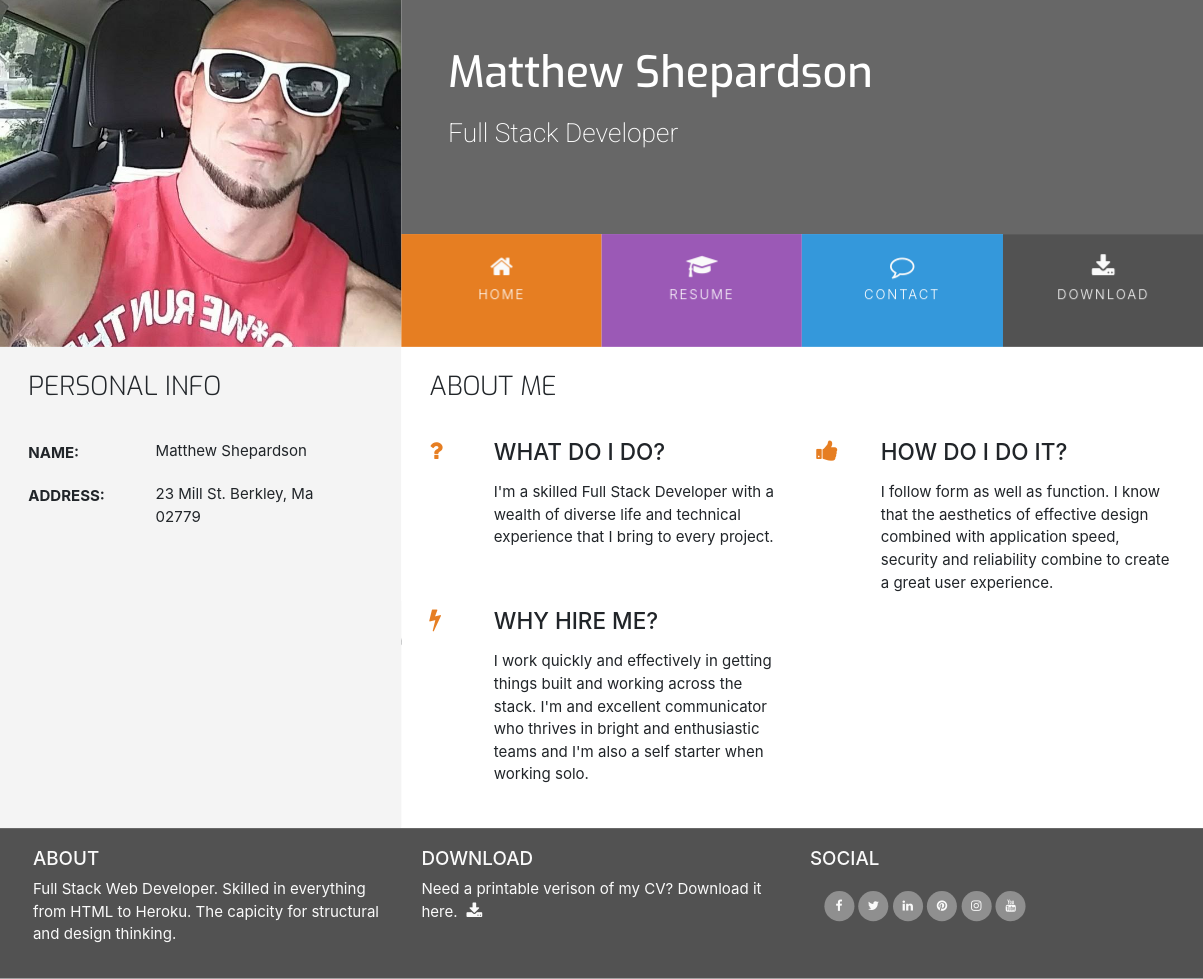
Repository: mshep6517/resume-project
Page: index.html
The author's editor kept a record of every edit. The page is drawn from the files as they stood at one moment, then again after the next edit.
The browser window is 1280 px wide. The pictures show the whole page, at 94% of full size.
Some web libraries are served in a nearby version.

Above is the page before.

### index.html
<!DOCTYPE html>
<html lang="en">

<head>
    <meta charset="UTF-8">
    <meta name="viewport" content="width=device-width, initial-scale=1.0">
    <meta http-equiv="X-UA-Compatible" content="ie=edge">
    <link rel="stylesheet" href="https://maxcdn.bootstrapcdn.com/bootstrap/4.2.1/css/bootstrap.min.css" type="text/css" />
    <link rel="stylesheet" href="https://maxcdn.bootstrapcdn.com/font-awesome/4.7.0/css/font-awesome.min.css" type="text/css" />
    <link rel="stylesheet" href="https://cdnjs.cloudflare.com/ajax/libs/hover.css/2.3.1/css/hover-min.css" type="text/css" />
    <link rel="stylesheet" href="assets/css/style.css">
    <title>Matthew</title>
</head>

<body>
    <header>
        <div class="row no-gutters">
            <a class="col-md-4 logo" href="index.html"></a>
            <div class="col-md-8">
                <div class="row no-gutters bg-color-name-title">
                    <div class="col heading">
                        <h1 class="name">Matthew Shepardson</h1>
                        <h2 class="title"> Full Stack Developer</h2>
                    </div>
                </div>
                <div class="row no-gutters">
                    <div class="col">
                        <ul id="nav" class="list-inline menucontainer">
                            <li class="col-6 col-sm-3 ui-menu-color-home list-inline-item menuitem">
                                <a href="#" class="hvr-sweep-to-bottom"><i class="fa fa-home" aria-hidden="true"></i><span>Home</span></a>
                            </li>
                            <li class="col-6 col-sm-3 ui-menu-color-resume list-inline-item menuitem">
                                <a href="#" class="hvr-sweep-to-bottom"><i class="fa fa-graduation-cap" aria-hidden="true"></i><span>Resume</span></a>
                            </li>
                            <li class="col-6 col-sm-3 ui-menu-color-contact list-inline-item menuitem">
                                <a href="#" class="hvr-sweep-to-bottom"><i class="fa fa-comment-o" aria-hidden="true"></i><span>Contact</span></a>
                            </li>
                            <li class="col-6 col-sm-3 ui-menu-color-download list-inline-item menuitem">
                                <a href="#" class="hvr-sweep-to-bottom"><i class="fa fa-download" aria-hidden="true"></i><span>Download</span></a>
                            </li>
                        </ul>
                    </div>
                </div>
            </div>
        </div>
    </header>
    <section class="container-fluid">
        <div class="row">
            <div class="col-md-4 bg-color-personal-info section-column">
                <div class="row">
                    <div class="col-12">
                        <h3 class="section-heading uppercase">
                            Personal Info
                        </h3>
                    </div>
                </div>
                <div class="personal-info-item">
                    <div class="key">
                        <p class="uppercase">
                            Name:
                        </p>
                    </div>
                    <div class="value">
                        <p>
                            Matthew Shepardson
                        </p>
                    </div>
                </div>
                <div class="personal-info-item">
                    <div class="key">
                        <p class="uppercase">
                            Address:
                        </p>
                    </div>
                    <div class="value">
                        <p>
                            23 Mill St. Berkley, Ma 02779
                        </p>
                    </div>
                </div>
            </div>
            <div class="col-md-8 bg-color-three-reasons section-column">
                <div class="row">
                    <div class="col">
                        <h3 class="section-heading uppercase">About Me</h3>
                    </div>
                </div>
                <div class="row">
                    <div class="col-10 offset-1 offset-sm-0 col-sm-4 col-md-6">
                        <div class="row">
                            <div class="col-2">
                                <i class="three-rerasons-icon fa fa-question" aria-hidden="true"></i>
                            </div>
                            <div class="col-10">
                                <h4 class="threee-reasons-heading uppercase">What do I do?</h4>
                                <p>
                                    I'm a skilled Full Stack Developer with a wealth of diverse life and technical experience that I bring to every project.
                                </p>
                            </div>
                        </div>
                    </div>
                    <div class="col-10 offset-1 offset-sm-0 col-sm-4 col-md-6">
                        <div class="row">
                            <div class="col-2">
                                <i class="three-rerasons-icon fa fa-thumbs-up" aria-hidden="true"></i>
                            </div>
                            <div class="col-10">
                                <h4 class="threee-reasons-heading uppercase">How do I do it?</h4>
                                <p>
                                    I follow form as well as function. I know that the aesthetics of effective
                                    design combined with application speed, security and reliability combine to
                                    create a great user experience.
                                </p>
                            </div>
                        </div>
                    </div>
                    <div class="col-10 offset-1 offset-sm-0 col-sm-4 col-md-6">
                        <div class="row">
                            <div class="col-2">
                                <i class="three-rerasons-icon fa fa-bolt" aria-hidden="true"></i>
                            </div>
                            <div class="col-10">
                                <h4 class="threee-reasons-heading uppercase">Why hire me?</h4>
                                <p>
                                    I work quickly and effectively in getting things built and working across the stack. I'm and excellent
                                    communicator who thrives in bright and enthusiastic teams and
                                    I'm also a self starter when working solo.
                                </p>
                            </div>
                        </div>
                    </div>
                </div>
            </div>
        </div>

    </section>
    <footer class="container-fluid">
        <div id="footer-details" class="row">
            <div class="col-sm-4">
                <h5 class="uppercase general-sub">About</h5>
                <p class="inline-block">
                    Full Stack Web Developer. Skilled in everything from HTML to Heroku. The capicity for structural and design thinking.
                </p>
            </div>
            <div class="col-sm-4">
                <h5 class="uppercase general-sub">Download</h5>
                <p class="inline-block">
                    Need a printable verison of my CV? Download it here.
                    <a href="#" target="_blank" class="cv-pdf">
                        <i class="fa fa-download" aria-hidden="true"></i>
                        <span class="sr-only">Download link.</span>
                    </a>
                </p>
            </div>
            <div class="col-sm-4">
                <h5 class="uppercase general-sub">Social</h5>
                <ul class="list-inline social-links">
                    <li class="list-inline-item">
                        <a target="_blank" href="#">
                            <i class="fa fa-facebook" aria-hidden="true"></i>
                            <span class="sr-only">Facebook</span>
                            </a>
                    </li>
                    <li class="list-inline-item">
                        <a target="_blank" href="#">
                            <i class="fa fa-twitter" aria-hidden="true"></i>
                            <span class="sr-only">Twitter</span>
                            </a>
                    </li>
                    <li class="list-inline-item">
                        <a target="_blank" href="#">
                            <i class="fa fa-linkedin" aria-hidden="true"></i>
                            <span class="sr-only">LinkedIn</span>
                            </a>
                    </li>
                    <li class="list-inline-item">
                        <a target="_blank" href="#">
                            <i class="fa fa-pinterest" aria-hidden="true"></i>
                            <span class="sr-only">Pinterest</span>
                        </a>
                    </li>
                    <li class="list-inline-item">
                        <a target="_blank" href="#">
                            <i class="fa fa-instagram" aria-hidden="true"></i>
                            <span class="sr-only">Instagram</span>
                            </a>
                    </li>
                    <li class="list-inline-item">
                        <a target="_blank" href="#">
                            <i class="fa fa-youtube" aria-hidden="true"></i>
                            <span class="sr-only">YouTube</span>
                            </a>
                    </li>
                </ul>
            </div>
        </div>

    </footer>
</body>

</html>

### assets/css/style.css
@import url('https://fonts.googleapis.com/css?family=Roboto:100,200,300,400,500,600,700|exo:100,200,300,400,500,600,700');

/*-----------------------------------Colors */

.bg-color-name-title {
    background-color: #676767;
}

.bg-color-three-reasons {
    background-color: #ffffff;
}

.bg-color-personal-info {
   background-color: #f4f4f4;
}

.bg-color-work-history {
    background-color: #9b59b6;
}

.ui-menu-color-home {
    background-color: #e67e22;
}

.ui-menu-color-resume {
    background-color: #9b59b6;
}

.ui-menu-color-contact {
    background-color: #3498db;
}

.ui-menu-color-download {
    background-color: #525252;
}


/*----------------------------------- Special Paddings/margins/text*/

h1,
h2,
h3,
h4 {
    margin: 0;
}

.uppercase {
    text-transform: uppercase;
}

.general-sub: {
    font-family: "Exo", sans-serif;
    font-weight: 300;
    color: #fafafa;
}

.row-table {
    display: table;
}

.section-column {
    display: table-cell;
    padding: 0 30px 30px;
    float: none;
}

.history-heading,
.section-heading {
    font-family: "Exo", sans-serif;
    font-weight: 300;
    margin-top: 25px;
    margin-bottom: 40px;
}

/*-----------------------------------Heading */

header {
    margin: 0;
}

.heading {
    margin-left: 50px;
}

.logo {
    background: url("../images/my picture.png");
    background-position: center;
    background-repeat: no-repeat;
    background-size: cover;
    min-height: 360px;
    transition: all .5s ease-in-out;
    -moz-transition: all .5s ease-in-out;
    -webkit-transition: all .5s ease-in-out;
}

.name {
    font-family: "Exo", sans-serif;
    font-weight: 100px;
    font-size: 46px;
    margin-top: 50px;
    color: #ffffff;
}

.title {
    font-family: "Roboto", sans-serif;
    font-weight: 200;
    font-size: 28px;
    margin-top: 20px;
    margin-bottom: 90px;
    color: #ffffff;
}

.list-inline-item:not(:last-child) {
    margin: 0;
}

.menucontainer {
    font-size: 0;
}

#nav {
    margin: 0;
}

#nav li {
    font-size: 14px;
    padding: 0;
}

.menuitem {
    height: 120px;
    text-align: center;
    padding: 0;
}

.menuitem a {
    width: 100%;
    text-decoration: none;
    color: #ffffff;
    height: 120px;

}

.menuitem a i {
    padding-top: 22px;
    display: block;
    color: #fafafa;
    font-size: 26px;
}

.menuitem span {
    display: block;
    width: 100%;
    padding-top: 5px;
    text-align: center;
    text-transform: uppercase;
    font-size: 14px;
    font-weight: 300;
    letter-spacing: 2px;
}

/*-----------------------------------Hover.CSS */

.hvr-sweep-to-bottom:before {
    background-color: rgba(0, 0, 0, 0.2);
    height: 120px;
}

/*-----------------------------------Footer */

footer {
    background-color: #525252;
    color: #fafafa;
    min-height: 120px;
    margin: 0;
}

.inline-block {
    display: inline-block;
}

.cv-pdf i {
    font-size:18px;
    color: #fafafa;
    text-align: center;
    padding-left: 5px;
    transition: all 0.35s ease-in-out;
    -moz-transition: all 0.35s ease-in-out;
    -webkit-transition: all 0.35s ease-in-out;
    -o-transition: all 0.35s ease-in-out;
}

.cv-pdf i:hover {
    color: #e84610;
}

.social-links {
    padding:15px;
}

.social-links li a i {
    width: 32px;
    height: 32px;
    padding: 12px 0;
    border-radius: 50px;
    font-size: 13px;
    line-height: 7px;
    text-align: center;
    color: #fafafa;
    background: #8f8f8f;
    transition: all 0.35s ease-in-out;
    -moz-transition: all 0.35s ease-in-out;
    -webkit-transition: all 0.35s ease-in-out;
    -o-transition: all 0.35s ease-in-out;
}

.social-links li a i:hover {
    background: #e84610;
}

#footer-details {
    padding: 20px;
}

/*----------------------------------- Three Reasons*/

.three-rerasons-icon {
    font-size:25px;
    color: #e67e22;
}

.threee-reasons-heading {
    margin-bottom: 15px;
}

/*----------------------------------- Personal Info*/

.personal-info-item {
    margin-bottom: 20px;
    display: block;
    clear: both;
}

.personal-info-item .key,
.personal-info-item .value {
    padding-right: 8px;
    display: inline-block;
}

.personal-info-item .key p,
.personal-info-item .value p {
    margin: 0;
}

.personal-info-item .key {
    width: 30%;
    margin-right: 21px;
    padding-top: 2px;
    vertical-align: top;
}

.personal-info-item .key p {
    font-weight: 700;
}

.personal-info-item .value {
    position: relative;
    width: 60%;

}

/*----------------------------------- Skills*/

.progress {
    position: relative;
    height: 25px;
    margin-bottom: 4px;
}

.progress-type {
    position: absolute;
    left: 0px;
    font-weight: 400;
    padding: 3px 30px 2px 10px;
    color: #fafafa;
    background-color: rgba(25, 25, 25, 0.2)
}

.progress-section {
    margin: 40px 20px;
}


/*----------------------------------- Work History*/

.history-heading {
    color: #fafafa;
    margin-bottom: 50px;
}

.timeline-item {
    padding: 4em 2em 0em em;
    position: relative;
    color: #fafafa;
    border-left: 1px solid;
}

.timeline-item p {
    padding: 0;
    margin: 0;
}

.timeline-item: before {
    content: attr(data)-dates);
    position: absolute;
    left: 2.5em;
    top: 3em;
    display: block;
    font-family: "Exo" sans-serif;
    font-weight: 500;
    font-size: 0.8em;
    padding: 0;
    margin: 0;
}

.timeline-item: after {
    width: 12px;
    height: 12px;
    display: block;
    top: 2.4em;
    position: absolute;
    left:-6px;
    border-radius: 12px;
    content: '';
    background: #fafafa;
}

After the next edit:
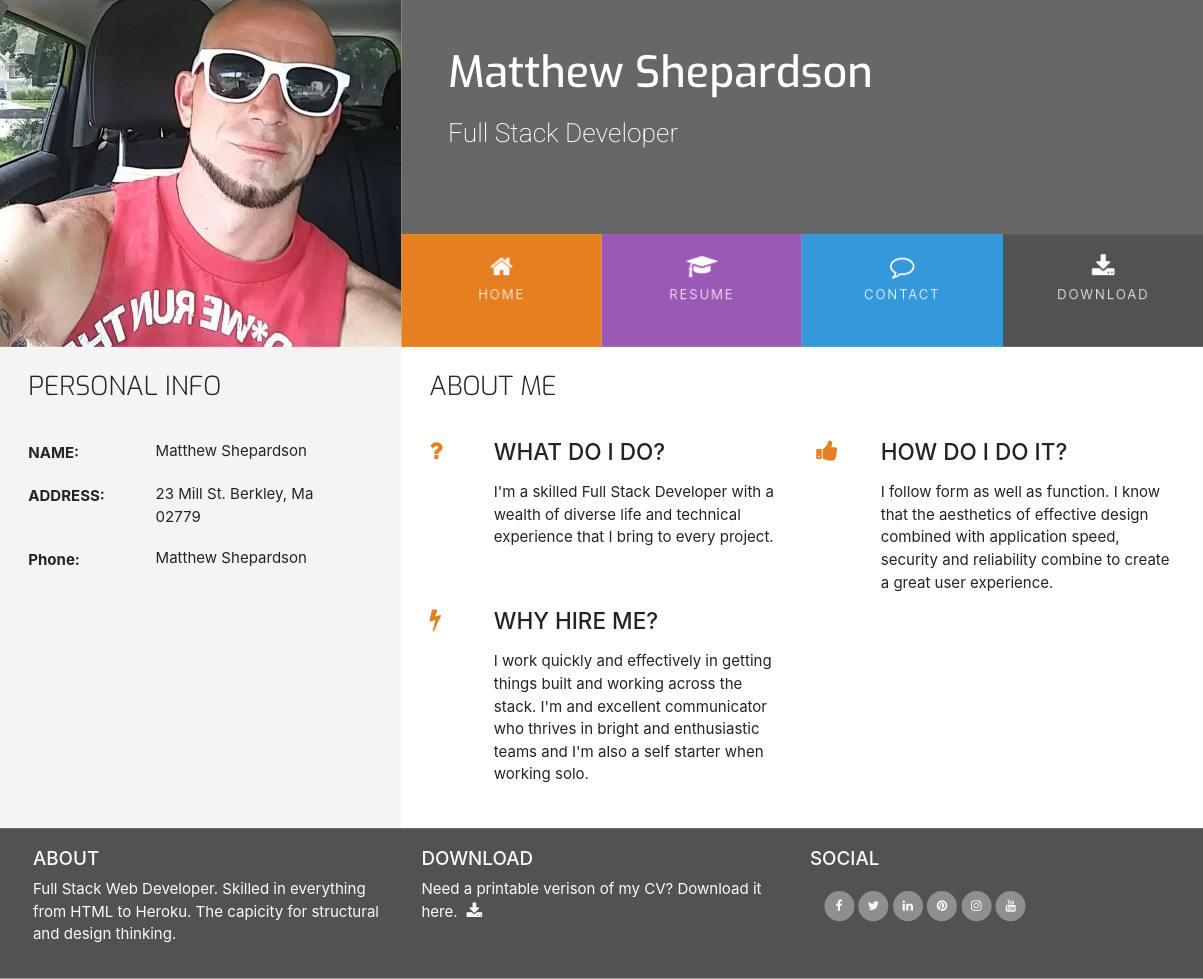
The edit:
--- a/index.html
+++ b/index.html
@@ -78,6 +78,18 @@
                         </p>
                     </div>
                 </div>
+                <div class="personal-info-item">
+                    <div class="key">
+                        <p c;ass="uppercase">
+                            Phone:
+                        </p>
+                    </div>
+                    <div class="value">
+                        <p>
+                            Matthew Shepardson
+                        </p>
+                    </div>
+                </div>
             </div>
             <div class="col-md-8 bg-color-three-reasons section-column">
                 <div class="row">
